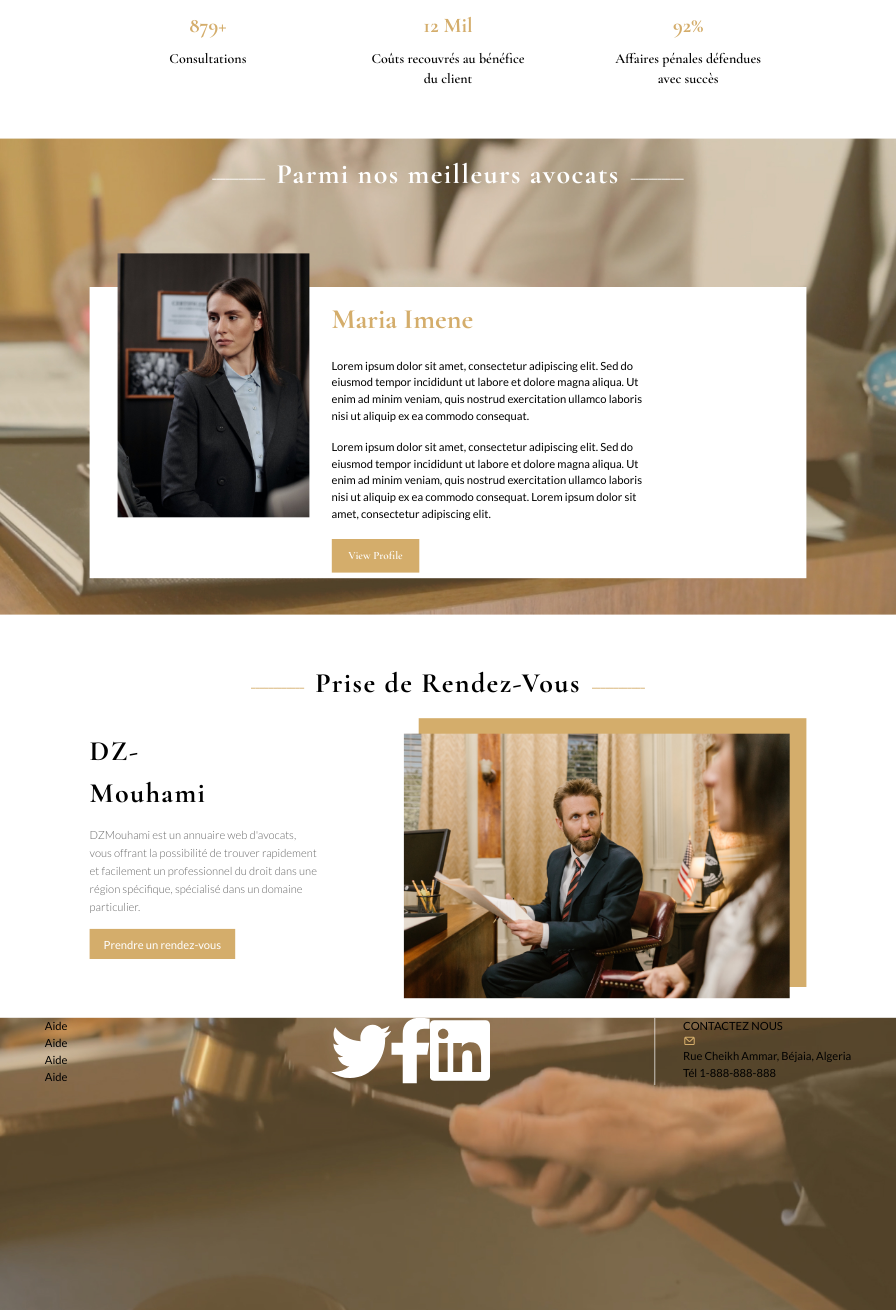
Repository: Chekrouba-Tinhinane/Mohami_dz
Page: / (app in client/)
These files come from the project's save history. The page is drawn as it stood at one moment and after a run of saves; the edit follows.
The browser window is 1280 px wide. The pictures show the part of the page from y = 2270 to 4190 px (the page is 4142 px tall before and 4190 px after), at 70% of full size.
The project was rebuilt for these pictures with package versions that can differ from the ones it lists, and the page was loaded fresh each time. Also part of the build but not shown: client/vite.config.js, client/src/SignIn.jsx, client/src/components/Selector.jsx, client/src/components/SearchContainer.jsx, client/src/Search.jsx, client/src/components/super/HomeLayout.jsx, client/src/components/Profile.jsx.

Above is the page before, as saved 2024-01-25 12:27:05.

### client/index.html
<!doctype html>
<html lang="en">
  <head>
    <meta charset="UTF-8" />
    <link rel="icon" type="image/svg+xml" href="/vite.svg" />
    <meta name="viewport" content="width=device-width, initial-scale=1.0" />
    <title>Mouhami DZ</title>
  </head>
  <body>
    <div id="root"></div>
    <script type="module" src="/src/App.jsx"></script>
  </body>
</html>

### client/src/App.jsx
import React from "react";
import { createRoot } from "react-dom/client";
import { BrowserRouter, Routes, Route } from "react-router-dom";
import "./index.css";
import LandingPage from "./LandingPage";
import SignIn from "./SignIn";
import Search from "./Search";
import HomeLayout from "./components/super/HomeLayout";
import Profile from "./components/Profile";

const App = () => {
  return (
    <BrowserRouter>
      <Routes>
        <Route path={"/"} element={<LandingPage />} />

        <Route path={"/Signin"} element={<SignIn />} />
        <Route
          path={"/Search"}
          element={<HomeLayout pageComponent={<Search />} />}
        />
        {/* <Route path={"/Signin"} element={<SignIn />} />
        <Route
          path={"/Schedule"}
          element={<HomeLayout pageComponent={<Schedule />} />}
        />

        <Route
          path={"/Settings"}
          element={<HomeLayout pageComponent={<Staff />} />}
        />
        <Route
          path={"/profile/:id"}
          element={<HomeLayout pageComponent={<Profile />} />}
        /> */}
        <Route
          path={"/profile"}
          element={<HomeLayout pageComponent={<Profile />} />}
        />
      </Routes>
    </BrowserRouter>
  );
};

export default App;

const root = createRoot(document.getElementById("root"));
root.render(<App />);

### client/src/index.css
@import url("https://fonts.googleapis.com/css2?family=Cormorant+Garamond:wght@300;400;500;600;700&family=Lato:wght@100;300;400;700;900&display=swap");

@tailwind base;
@tailwind components;
@tailwind utilities;

@layer base {
  a {
    @apply cursor-pointer;
  }
  h1 {
    @apply text-[50px] font-bold;
  }
  h2 {
    @apply text-[2.5rem] font-bold;
  }
  p {
  }
  h3 {
  }
  h4 {
    @apply text-[1rem] font-semibold;
  }
  textarea {
  }
  input {
  }
  select {
  }
}

* {
  /*font-family: 'Cormorant Garamond', serif; */
  font-family: "Lato", sans-serif;
  box-sizing: border-box;
  padding: 0;
  margin: 0;
}

.recursive {
  font-family: "Cormorant Garamond", serif;
}

.nav-item::after {
  content: "";
  display: block;
  width: 0;
  height: 2px;
  margin-top: 5px;
  background-color: rgb(212, 173, 107);
  transition: width 0.4s;
}

.nav-item:hover::after {
  width: 100%;
}

### client/src/LandingPage.jsx
import React, { useEffect } from "react";

import header from "./assets/landing/header.jpg";
import hero from "./assets/landing/hero.png";
import section1 from "./assets/landing/section1.jpg";
import section2 from "./assets/landing/section2.jpg";
import footer from "./assets/landing/footer.jpg";
import maria from "./assets/landing/maria.jpg";
import scene from "./assets/landing/scene.png";

import msg from "./assets/icons/contact/msg.svg";

import twitter from "./assets/icons/footer/twitter.svg";
import fb from "./assets/icons/footer/fb.svg";
import linkedin from "./assets/icons/footer/linkedin.svg";

import NavBar from "./components/super/NavBar";

import AOS from "aos";
import "aos/dist/aos.css";

AOS.init();

const LandingPage = () => {
  useEffect(() => {
    AOS.refresh();
  }, []);

  return (
    <div className="overflow-hidden flex flex-col relative mx-auto items-center bg-white z-10">
      <header className=" p-3 recursive border-b border-b-primary w-[90%] text-center font-semibold text-xl">
        {" "}
        DZ Mouhami{" "}
      </header>
      <NavBar />
      <Header />
      <About />
      <Feedback />

      <Achievements />
      <Hero />
      <Appoint />
      <Footer />
    </div>
  );
};

export default LandingPage;

function Header() {
  return (
    <section
      id="header"
      className=" relative flex w-screen justify-center my-3"
    >
      <img src={header} className="w-full h-[600px] object-cover" alt="" />
      <h2 className=" recursive absolute bottom-[7%] left-[10%] text-white w-[60%]">
        "Legal Solutions, Trusted Advocacy: Your Path to Justice Begins with
        Us."
      </h2>
    </section>
  );
}

function About() {
  return (
    <section
      id="about"
      data-aos="fade-right"
      data-aos-duration="1000"
      className="mx-3 my-10 flex gap-[6rem] justify-center items-center"
    >
      {/* fifth section */}
      <div className=" flex flex-col w-[40%] ">
        <h2 className=" recursive w-[40%] place-self-end">
          A propos de DZ Mouhami
        </h2>
        <img src={hero} className="" alt="" />
      </div>

      <div className=" basis-[40%] mb-16 ">
        {" "}
        {/*  */}
        <h2 className=" recursive tracking-wider w-[50%] my-4">DZ-Mouhami</h2>
        <p className=" w-[80%] opacity-60 font-light leading-relaxed mb-7">
          DZMouhami est un annuaire web d'avocats, vous offrant la possibilité
          de trouver rapidement et facilement un professionnel du droit dans une
          région spécifique, spécialisé dans un domaine particulier.
        </p>
        <a
          href=""
          className=" py-2 px-5 text-white bg-primary hover:bg-opacity-65"
        >
          Trouver un avocat
        </a>
      </div>
    </section>
  );
}

function Feedback() {
  const userComments = [
    {
      username: "User123",
      comment:
        "Effortlessly found the right lawyer for my needs – the detailed profiles and client reviews streamlined the decision-making process.",
    },
    {
      username: "LegalEagle",
      comment:
        "Incredibly user-friendly directory; comprehensive lawyer profiles and responsive design made my search for legal representation hassle-free.",
    },
    {
      username: "LawSeeker",
      comment:
        "Highly impressed with the intuitive interface and wealth of information – this directory simplified the task of finding a skilled attorney.",
    },
  ];

  // You can now use the userComments array as needed in your code.

  return (
    <section
      id="feedback"
      className=" relative flex w-screen justify-center my-4"
    >
      <img
        src={section1}
        className="w-full h-[640px] bg-center object-cover"
        alt=""
      />
      <div className="absolute top-0 text-white">
        <div className=" flex flex-col items-center">
          <div className="flex items-center my-5 gap-4">
            <span className=" font-semibold select-none">____________</span>
            <h2 className=" recursive  tracking-wider ">
              Nos Témoignages
            </h2>{" "}
            <span className=" font-semibold select-none">____________</span>
          </div>

          <h2 className=" mt-16 mb-8 recursive w-[85%] text-center">
            CE QUE NOS CLIENTS PENSENT DE NOUS
          </h2>
          <div className=" flex gap-10 w-[75%] ">
            {userComments.map((el, i) => {
              return (
                <div className=" flex flex-col justify-between bg-white p-6 rounded-md text-black text-sm h-56 ">
                  {el.comment}
                  <div className=" flex gap-5 items-center">
                    {" "}
                    <div class="w-14 h-14 bg-gray-500 rounded-full"></div>
                    {el.username}
                  </div>
                </div>
              );
            })}
          </div>
        </div>
      </div>
    </section>
  );
}

function Achievements() {
  return (
    <div className=" flex flex-col w-[80%] items-center mx-auto my-10 gap-8 ">
      <div className="flex items-center my-5 gap-4">
        <span className=" font-semibold select-none text-primary">
          ____________
        </span>
        <h2 className=" recursive tracking-wider">Nos Réalisations</h2>{" "}
        <span className=" font-semibold select-none text-primary">
          ____________
        </span>
      </div>

      <div className="flex w-full justify-between  ">
        <div className="flex flex-col items-center basis-[33%] gap-4">
          {" "}
          <h4 className=" recursive text-primary text-3xl font-bold">
            879+
          </h4>{" "}
          <span className=" w-[70%] text-center recursive font-semibold text-xl">
            Consultations
          </span>
        </div>
        <div className="flex flex-col items-center basis-[33%] gap-4">
          {" "}
          <h4 className=" recursive text-primary text-3xl font-bold">
            12 Mil
          </h4>{" "}
          <span className=" w-[70%] text-center recursive font-semibold text-xl">
            Coûts recouvrés au bénéfice du client
          </span>
        </div>
        <div className="flex flex-col items-center basis-[33%] gap-4">
          {" "}
          <h4 className=" recursive text-primary text-3xl font-bold">
            92%
          </h4>{" "}
          <span className=" w-[70%] text-center recursive font-semibold text-xl">
            Affaires pénales défendues avec succès
          </span>
        </div>
      </div>
    </div>
  );
}

function Hero() {
  return (
    <section id="hero" className=" relative flex w-screen justify-center my-8 ">
      <img
        src={section2}
        className="w-full h-[680px] bg-center object-cover"
        alt=""
      />
      <div className="absolute top-0 text-white">
        <div className=" flex flex-col items-center gap-[6rem]">
          <div className="flex items-center my-5 gap-4">
            <span className=" font-semibold select-none">____________</span>
            <h2 className=" recursive  tracking-wider ">
              Parmi nos meilleurs avocats
            </h2>{" "}
            <span className=" font-semibold select-none">____________</span>
          </div>

          <div className=" flex gap-8 w-[80%] bg-white text-black h-[26rem] px-10 my-4 ">
            <div className="relative basis-[30%]">
              {" "}
              <img
                src={maria}
                alt=""
                className=" absolute -top-12  object-contain"
              />
            </div>
            <div className=" flex flex-col basis-[70%] my-4 gap-6  ">
              {" "}
              <h2 className=" recursive text-primary">Maria Imene</h2>{" "}
              <p className=" w-[70%] flex flex-col gap-5 ">
                <span>
                  Lorem ipsum dolor sit amet, consectetur adipiscing elit. Sed
                  do eiusmod tempor incididunt ut labore et dolore magna aliqua.
                  Ut enim ad minim veniam, quis nostrud exercitation ullamco
                  laboris nisi ut aliquip ex ea commodo consequat.{" "}
                </span>

                <span>
                  Lorem ipsum dolor sit amet, consectetur adipiscing elit. Sed
                  do eiusmod tempor incididunt ut labore et dolore magna aliqua.
                  Ut enim ad minim veniam, quis nostrud exercitation ullamco
                  laboris nisi ut aliquip ex ea commodo consequat. Lorem ipsum
                  dolor sit amet, consectetur adipiscing elit.
                </span>
              </p>
              <a
                href=""
                className="flex w-max recursive text-white bg-primary px-6 py-3 font-semibold hover:bg-opacity-75"
              >
                View Profile
              </a>
            </div>
          </div>
        </div>
      </div>
    </section>
  );
}

function Footer() {
  return (
    <footer id="footer" className=" relative flex w-full justify-center mt-3 ">
      <img src={footer} alt="" className="w-full object-cover" />
      {/* sixth section */}
      <div className="absolute w-full ">
        <div className=" flex justify-between px-16 ">
          <div className=" flex flex-col">
            <p>Aide</p>
            <p>Aide</p>
            <p>Aide</p>
            <p>Aide</p>
          </div>

          <div className=" flex ">
            <img src={twitter} alt="" />
            <img src={fb} alt="" />
            <img src={linkedin} alt="" />
          </div>

          <div className=" border-l border-l-white pl-10 flex flex-col ">
            <p>
              CONTACTEZ NOUS{" "}
              <span>
                {" "}
                <img src={msg} alt="" />
              </span>{" "}
            </p>
            <p>Rue Cheikh Ammar, Béjaia, Algeria</p>
            <p>Tél 1-888-888-888</p>
          </div>
        </div>
      </div>
    </footer>
  );
}

function Appoint() {
  return (
    <section
      id="appoint"
      className=" flex flex-col w-full justify-center items-center my-4"
    >
      <div className=" flex flex-col items-center">
        <div className="flex items-center my-5 gap-4">
          <span className=" font-semibold select-none text-primary">
            ____________
          </span>
          <h2 className=" recursive  tracking-wider ">Prise de Rendez-Vous</h2>{" "}
          <span className=" font-semibold select-none text-primary">
            ____________
          </span>
        </div>
      </div>

      <div className=" flex w-[80%] items-center justify-between ">
        <div className=" basis-[40%] mb-16 ">
          {" "}
          {/*  */}
          <h2 className=" recursive tracking-wider w-[50%] my-4">DZ-Mouhami</h2>
          <p className=" w-[80%] opacity-60 font-light leading-relaxed mb-7">
            DZMouhami est un annuaire web d'avocats, vous offrant la possibilité
            de trouver rapidement et facilement un professionnel du droit dans
            une région spécifique, spécialisé dans un domaine particulier.
          </p>
          <a
            href=""
            className=" py-3 px-5 text-white bg-primary hover:bg-opacity-65"
          >
            Prendre un rendez-vous{" "}
          </a>
        </div>

        <img src={scene} className="" alt="" />
      </div>
    </section>
  );
}

### client/src/components/super/NavBar.jsx
import { motion } from "framer-motion";
import { Link } from "react-router-dom";
import { Link as ScrollLink } from "react-scroll";

const NavBar = () => {
  return (
    <div
      whileHover={{ scale: 1, originX: 0, color: "#D4AD6B" }}
      transition={{ type: "tween", duration: 0.2 }}
      className=" flex items-center px-20 pt-6 mb-3 w-full justify-between "
    >
      <motion.ul className="flex gap-[2rem] text-sm">
        <motion.li
          whileHover={{ scale: 1, originX: 0, color: "#D4AD6B" }}
          transition={{ type: "tween", duration: 0.2 }}
          className=" font-semibold opacity-80 tracking-wider cursor-pointer"
        >
          <ScrollLink
            to={"about"}
            spy={true}
            smooth={true}
            offset={-50}
            duration={500}
            className="nav-item"
          >
            Accueil
          </ScrollLink>
        </motion.li>
        <motion.li
          whileHover={{ scale: 1, originX: 0, color: "#D4AD6B" }}
          transition={{ type: "tween", duration: 0.2 }}
          className=" font-semibold opacity-80 tracking-wider cursor-pointer"
        >
          <ScrollLink
            to="hero"
            spy={true}
            smooth={true}
            offset={0}
            duration={500}
            className="nav-item"
          >
            Trouver un avocat
          </ScrollLink>
        </motion.li>
        <motion.li
          whileHover={{ scale: 1, originX: 0, color: "#D4AD6B" }}
          transition={{ type: "tween", duration: 0.2 }}
          className=" font-semibold opacity-80 tracking-wider cursor-pointer"
        >
          <ScrollLink
            to="appoint"
            spy={true}
            smooth={true}
            offset={50}
            duration={500}
            className="nav-item"
          >
            Prendre un rendez-vous
          </ScrollLink>
        </motion.li>
        <motion.li
          whileHover={{ scale: 1, originX: 0, color: "#D4AD6B" }}
          transition={{ type: "tween", duration: 0.2 }}
          className=" font-semibold opacity-80 tracking-wider cursor-pointer"
        >
          <ScrollLink
            to="footer"
            spy={true}
            smooth={true}
            offset={-100}
            duration={500}
            className="nav-item"
          >
            Contactez nous
          </ScrollLink>
        </motion.li>
      </motion.ul>
      <div className="flex gap-[1rem]">
        <Link
          to={"/SignIn"}
          href=""
          className=" recursive flex items-center font-semibold text-primary border border-primary bg-white text-center text-lg py-1.5 px-3.5 hover:bg-opacity-70 "
        >
          Se connecter
        </Link>
      </div>
    </div>
  );
};

export default NavBar;

### client/tailwind.config.js
/** @type {import('tailwindcss').Config} */
module.exports = {
  content: ["./src/**/*.{js,jsx,ts,tsx}"],
  theme: {
    extend: {
      colors: {
        lightBrown: "#FAF5EE",
        primary: "#D4AD6B"
      },
    },
  },
  plugins: [],
};

After the next 2 saves:
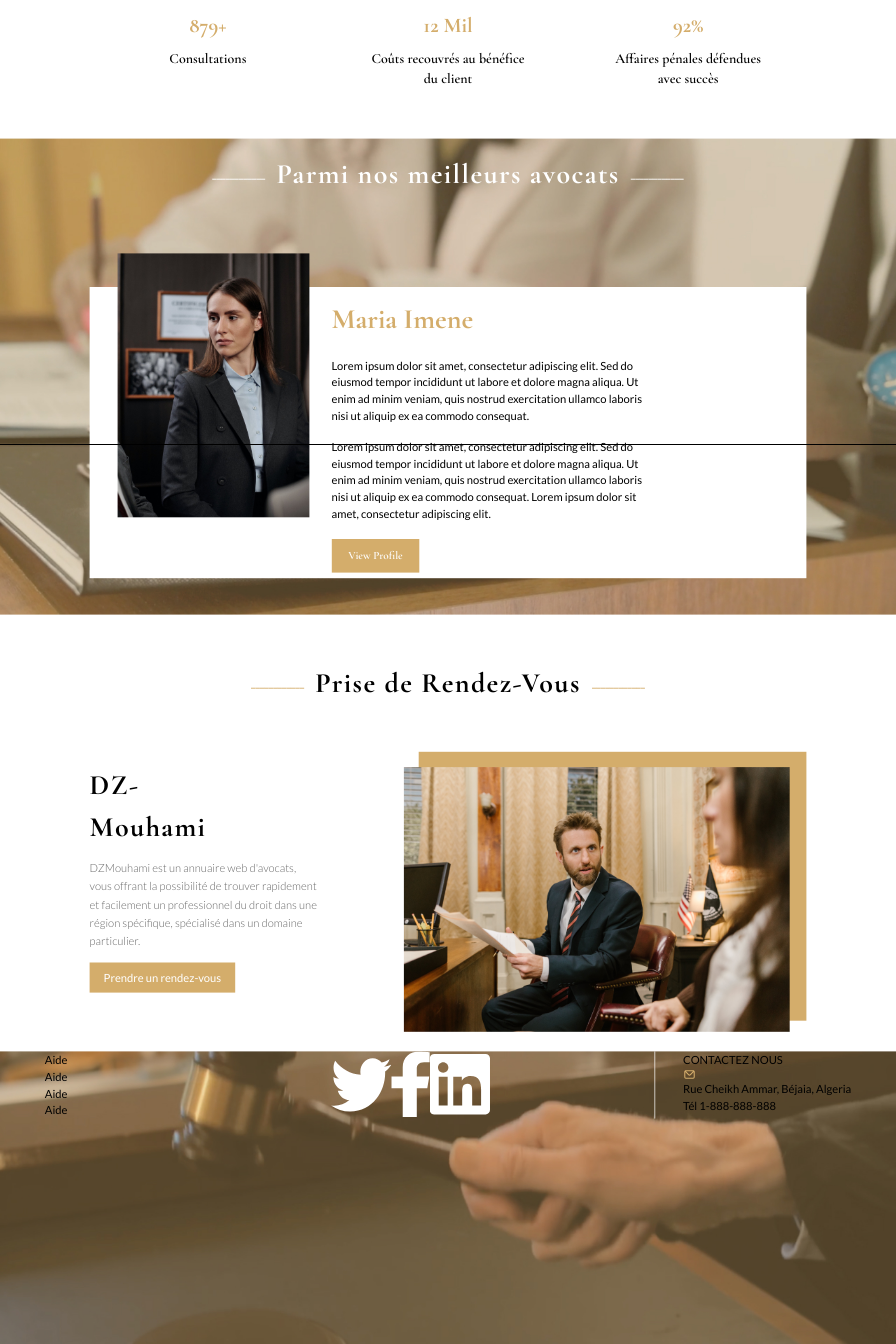
The 2 saves are shown as one change because they came seconds apart.
The last was saved 32 s later.
--- a/client/src/LandingPage.jsx
+++ b/client/src/LandingPage.jsx
@@ -309,7 +309,7 @@ function Appoint() {
   return (
     <section
       id="appoint"
-      className=" flex flex-col w-full justify-center items-center my-4"
+      className=" flex flex-col w-full justify-center items-center gap-[3rem] my-4"
     >
       <div className=" flex flex-col items-center">
         <div className="flex items-center my-5 gap-4">
